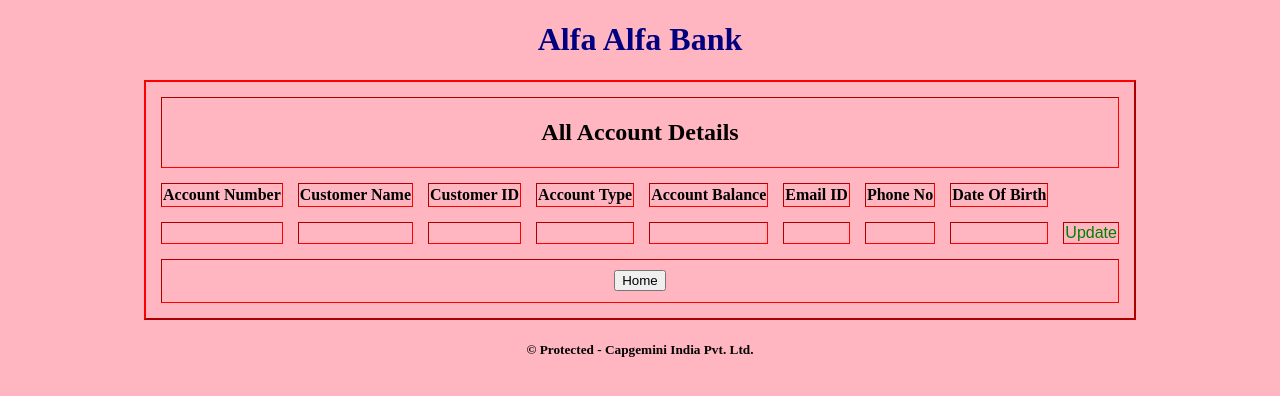
Repository: Rccalfa123/OnlineBankingApp
Page: http://localhost/AlfaAlfaBankApp/updateForm.jsp
An editor plug-in stored every save of this project. The page is shown before and after the next save, followed by the edit.
The browser window is 1280 px wide. The pictures show the whole page.
The page is served by Tomcat 9. Other server files are loaded and not shown. The template is opened directly, without the code that normally fills it, so the values that code supplies are empty.

Above is the page before, as saved 2018-08-13 12:07:20.

### AlfaAlfaBankApp/WebContent/updateForm.jsp
<%@ page language="java" contentType="text/html; charset=ISO-8859-1"
    pageEncoding="ISO-8859-1"%>
<%@taglib prefix="alfa" uri="http://java.sun.com/jsp/jstl/core"%>
<!DOCTYPE html>
<html>
<head>

<link rel="stylesheet" type="text/css" href="mystyle.css">

<meta charset="ISO-8859-1">
<title>View All Customers</title>
</head>
<body>
<jsp:include page="header.jsp"></jsp:include>

		<form action="home.jsp" method="get">

			<div>
				<table cellspacing="15" align="center" border="2">
					<tr>
						<th colspan="9" height="35"><h2>All Account Details</h2></th>
					</tr>
					<tr>
						<th height="20">Account Number</th>
						<th height="20">Customer Name</th>
						<th height="20">Customer ID</th>
						<th height="20">Account Type</th>
						<th height="20">Account Balance</th>
						<th height="20">Email ID</th>
						<th height="20">Phone No</th>
						<th height="20">Date Of Birth</th>
					</tr>

						<tr>
							<td align="center">${BankAccounts.accountNumber}</td>
							<td align="center">${BankAccounts.accountHolder.customerName}</td>
							<td align="center">${BankAccounts.accountHolder.customerId}</td>
							<td align="center">${BankAccounts.accountType}</td>
							<td align="center">${BankAccounts.accountBalance}</td>
							<td align="center">${BankAccounts.accountHolder.emailId}</td>
							<td align="center">${BankAccounts.accountHolder.contactNumber}</td>
							<td align="center">${BankAccounts.accountHolder.dateOfBirth}</td>
							<td align="center" colspan="2"><a
								href="updateForm.app?accountNumber=${BankAccounts.accountNumber}"> Update </a></td>
						</tr>

					<tr>
						<th colspan="9"  height="40"><input type="submit" value="Home"></th>
					</tr>
				</table>
			</div>

		</form>
	<jsp:include page="footer.html"></jsp:include>

</body>
</html>

### AlfaAlfaBankApp/WebContent/header.jsp
<%@taglib prefix="jstl" uri="http://java.sun.com/jsp/jstl/core" %>
<div align="center">
	<h1>Alfa Alfa Bank</h1>
</div>

### AlfaAlfaBankApp/WebContent/footer.html
<div align="center">
<h5>&copy; Protected - Capgemini India Pvt. Ltd.</h5>
</div>

### AlfaAlfaBankApp/WebContent/mystyle.css
@charset "ISO-8859-1";

body {
    background-color: lightpink;
}

h1 {
    color: navy;
}

td{

 font-family: sans-serif;

}

table {
	border-color: red;
	border-right: 2px 2px 2px 2px ;
}

a{
	text-decoration: none;
	color: green;
}

After the next save:
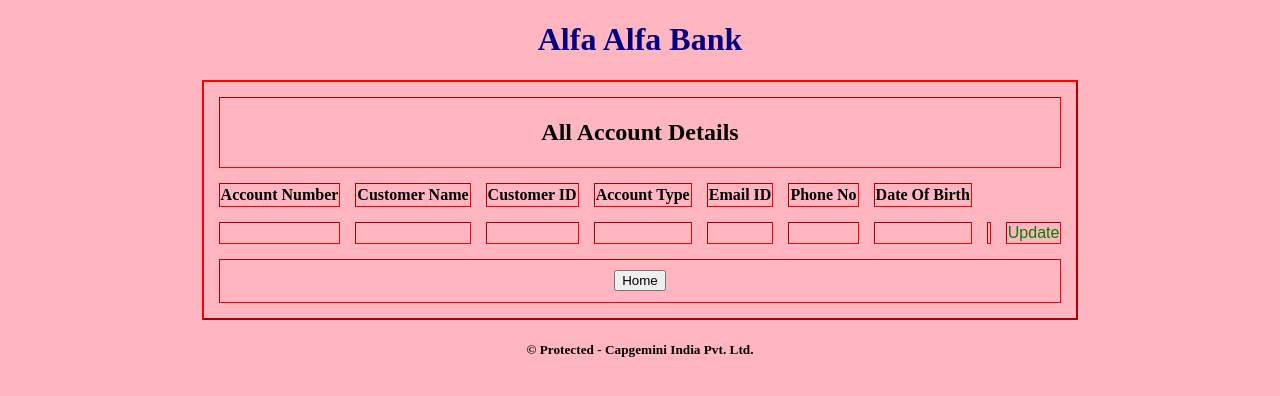
Saved 10 s later.
--- a/AlfaAlfaBankApp/WebContent/updateForm.jsp
+++ b/AlfaAlfaBankApp/WebContent/updateForm.jsp
@@ -25,7 +25,6 @@
 						<th height="20">Customer Name</th>
 						<th height="20">Customer ID</th>
 						<th height="20">Account Type</th>
-						<th height="20">Account Balance</th>
 						<th height="20">Email ID</th>
 						<th height="20">Phone No</th>
 						<th height="20">Date Of Birth</th>
